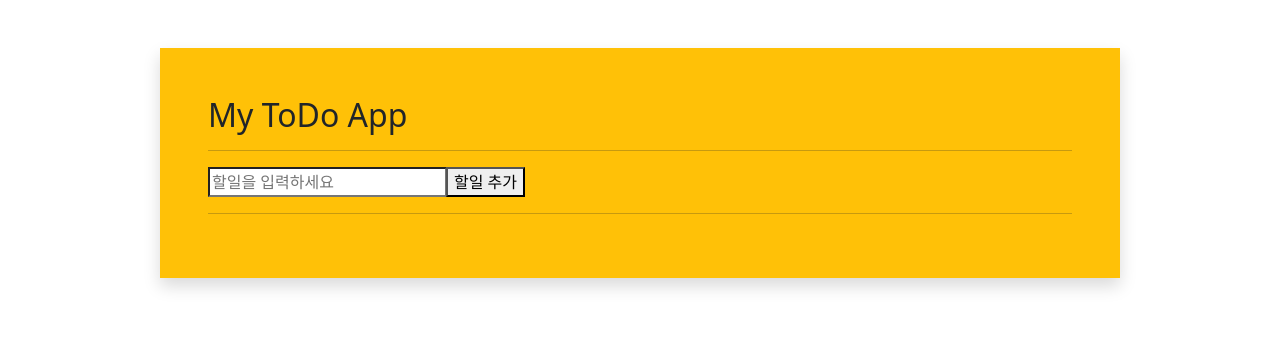
Repository: gold9387/jwbook
Page: jwbook/src/main/webapp/ch03/todoapp.html
The author's editor kept a copy of each file at every save. The page is drawn from the files as they stood at one save, then again after the next save.
The browser window is 1280 px wide. The pictures show the whole page.

Above is the page before, as saved 2023-06-05 11:50:55.

### jwbook/src/main/webapp/ch03/todoapp.html
<!DOCTYPE html>
<html>
<head>
<meta charset="UTF-8">
<title>실습 3-2</title>
<link
	href="https://cdn.jsdelivr.net/npm/bootstrap@5.3.0/dist/css/bootstrap.min.css"
	rel="stylesheet"
	integrity="sha384-9ndCyUaIbzAi2FUVXJi0CjmCapSmO7SnpJef0486qhLnuZ2cdeRhO02iuK6FUUVM"
	crossorigin="anonymous">
</head>
<body>
	<div class="container bg-warning shadow mx-auto mt-5 p-5 w-75">
		<h2>My ToDo App</h2>
		<hr />
		<div class="input-group">
			<input id="item" type="text" placeholder="할일을 입력하세요" />
			<button type="button" onClick="addItem()">할일 추가</button>
		</div>
		<hr />
		<ul id="todolist"></ul>
	</div>
</body>
</html>

After the next save:
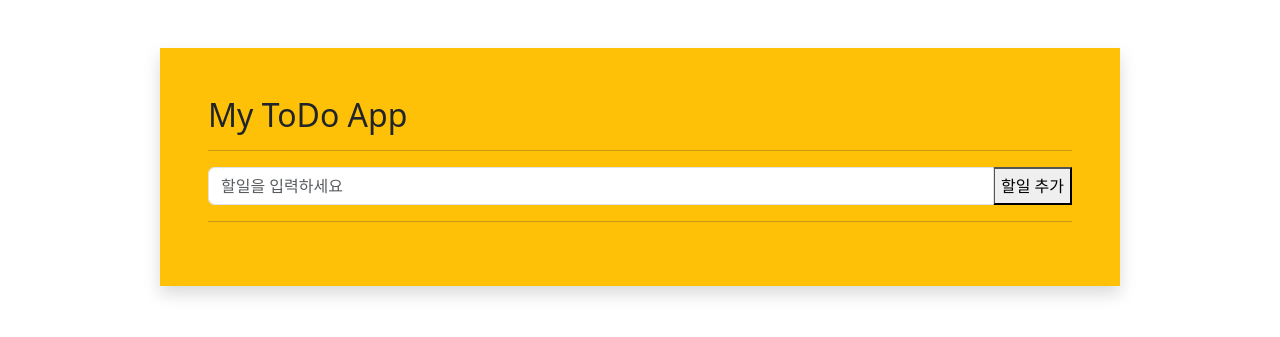
Saved 16 s later.
--- a/jwbook/src/main/webapp/ch03/todoapp.html
+++ b/jwbook/src/main/webapp/ch03/todoapp.html
@@ -14,7 +14,7 @@
 		<h2>My ToDo App</h2>
 		<hr />
 		<div class="input-group">
-			<input id="item" type="text" placeholder="할일을 입력하세요" />
+			<input id="item" class="form-control" type="text" placeholder="할일을 입력하세요" />
 			<button type="button" onClick="addItem()">할일 추가</button>
 		</div>
 		<hr />
